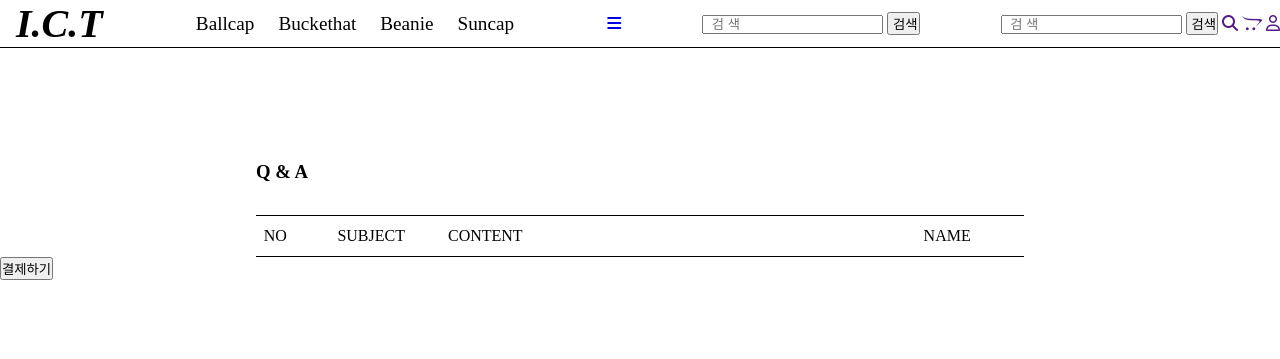
Repository: Developer120000/project1
Page: http://localhost/project1/productpage/q_a.jsp
The author's editor kept a copy of each file at every save. The page is drawn from the files as they stood at one save, then again after the next save.
The browser window is 1280 px wide. The pictures show the whole page.
Some web libraries are served in a nearby version. The page is served by Tomcat 9.

Above is the page before, as saved 2024-03-19 09:32:34.
Console error: SyntaxError: Identifier 'hamburger' has already been declared

### project1/src/main/webapp/productpage/q_a.jsp
<%@ page language="java" contentType="text/html; charset=UTF-8"
    pageEncoding="UTF-8"%>
<!DOCTYPE html>
<html>
<head>
<meta charset="UTF-8">
<meta name="viewport" content="width=device-width, initial-scale=1">
<title>payment</title>
<%@ include file="header.jsp" %>
<link rel="stylesheet" href="../css/header.css">
<script src="../js/header.js" defer></script>
<link rel="stylesheet" href="../css/q_a.css">
</head>
<body>
	<div class="qcontainer">
		<div class="qwrapper">
			<h3 class="qtitle">Q & A</h3>
			<ul class="qau">
				<li class="qal q1">NO</li>
				<li class="qal q1">SUBJECT</li>
				<li class="qal">CONTENT</li>
				<li class="qal q1">NAME</li>
			</ul>
		</div>
		<p class="ppay">
			<input type="submit" class="ppay1" value="결제하기">
		</p>
	</div>
</body>
</html>

### project1/src/main/webapp/productpage/header.jsp
<%@ page language="java" contentType="text/html; charset=UTF-8"
    pageEncoding="UTF-8"%>
<!DOCTYPE html>
<html>
<head>
<meta charset="UTF-8">
<meta name="viewport" content="width=device-width, initial-scale=1.0">
<title>I.C.T</title>
<script src="https://kit.fontawesome.com/80123590ac.js" crossorigin="anonymous"></script>
<link rel="stylesheet" href="../css/header.css">
<script src="../js/header.js" defer></script>
<!-- <script defer src="js 파일 위치"></script> -->
</head>
<body>
	<header id="header">
		<div class="wrapper">
			<p class="title">
				<a href="">I.C.T</a>
			</p>
			<ul class="category">
				<li><a href="">Ballcap</a></li>
				<li><a href="">Buckethat</a></li>
				<li><a href="">Beanie</a></li>
				<li><a href="">Suncap</a></li>
			</ul>
			<a href="#" class="hamburger">
				<i class="fa-solid fa-bars"></i>
			</a>
			<form class="item2" onsubmit="return false">
				<input type="text" class="searchbar2" type="text" placeholder="&nbsp;&nbsp;검 색">
				<button class="res2">&nbsp;검색</button>
			</form>
			<form class="item" onsubmit="return false">
				<input type="text" class="searchbar1" type="text" placeholder="&nbsp;&nbsp;검 색">
				<button class="res1">&nbsp;검색</button>
				<a href="" class="b1 a1"><i class="fa-solid fa-magnifying-glass"></i></a>
				<a href="" class="b2 a1"><i class="fa-brands fa-opencart"></i></a>
<!-- 				<i class="fa-solid fa-cart-shopping"></i> -->
				<a href="" class="b3 a1"><i class="fa-regular fa-user"></i></a>
			</form>
		</div>
	</header>

</body>
</html>

### project1/src/main/webapp/css/header.css
@charset "UTF-8";
*{margin: 0px; }
#header{

/* 	height: 4.06rem; */
}
.wrapper{
	width: 100%;
	position: fixed;
	display: flex;
	justify-content: space-between;
	align-items: center;
	background-color: white;
	border-bottom: 1px solid black;
	z-index: 5;
}
.title a{
	text-decoration: none;
	font-size: 2.5rem;
	font-weight: bold;
	margin-left: 1rem;
	color: black;
	font-style: italic;
	display: inline-block;
}
.category{
	display: flex;
/* 	margin-right: 50%; */
	list-style: none;
}
.category li{
	padding: 8px 12px;
}
li a{
/* 	margin-right: 1.0rem; */
	font-size: 1.2rem;
	text-decoration: none;
}
li a:visited {color: black;}
li a:hover {text-decoration: underline;}

.search{
	display: flex;
	padding-left: 0;

/* 	width: 60%; */
/* 	text-align: right; */
}
.searchbar{
/* 	width: 30%; */
/* 	margin-right: 5px;  */
	padding: 5px;
}
.a1{
/* 	margin-right: 10%; */
}
.icon{display: none;}


@media screen and (max-width:600px){
	.wrapper{
		flex-direction: column;
		align-items: flex-start;
		padding: 8px 24px;
	}
	.category{
		display: none;
		flex-direction: column;
		align-items: center;
		width: 100%;
	}
	.category li a{
		width: 100%;
		text-align: center;
	}
	.search{
		display: none;
		justify-content: center;
		width: 100%;
	}
	.icon{
		display: block;
	}
}

@media screen and (max-width:1138px){


}


@media screen and (max-width:800px){


}

/* 1015px 이하 - suncap 사라짐 */
@media screen and (max-width:590px){

	.header_second #s4{display: none;}
}

### project1/src/main/webapp/css/q_a.css
@charset "UTF-8";
*{margin: 0px; padding: 0px; box-sizing: border-box;}

.qcontainer{
	padding-top: 4.06rem;
	width: 100%;
}
.qwrapper{
	display: flex;
	justify-content: center;
	flex-direction: column;
	align-items: center;
	width: 100%;
}
.qau{
	width: 60%;
	display: grid;
	grid-template-columns: 5% 20% 55% 20%;
	list-style: none;
/* 	border-top: 1px solid black; */
	border-bottom: 1px solid black;
	padding: 0.7rem 0;

}
.qtitle{
	width: 60%;
	margin-top: 6rem;
	padding-bottom: 2rem;
	border-bottom: 1px solid black;
}
.q1{
	text-align: center;
}
.qwrite{
	width: 80%;
	height: 1.9rem;
	display: flex;
    justify-content: flex-end;
    margin: 2rem 0;
}
.qwrite1{
	min-width: 8rem;
	height: 100%;
	background-color: black;
	color: white;
	border: none;
	cursor: pointer;
}

### project1/src/main/webapp/js/header.js
const hamburger = document.querySelector('.hamburger');
const category = document.querySelector('.category');

hamburger.addEventListener('click', () => {
    category.classList.toggle('active');
})

document.addEventListener('click', (e) => {
    if (!category.contains(e.target) && !hamburger.contains(e.target)) {
        category.classList.remove('active');
    }
})


const b1 = document.querySelector('.b1');
const searchbar2 = document.querySelector('.searchbar2');
const res2 = document.querySelector('.res2');

b1.addEventListener('click', (e) => {
	e.preventDefault();
//	e.stopPropagation();
    searchbar2.classList.toggle('active');
    res2.classList.toggle('active');
})

document.addEventListener('click', (e) => {
    if (!searchbar2.contains(e.target) && !res2.contains(e.target) && !b1.contains(e.target)) {
        searchbar2.classList.remove('active');
    }
})

document.addEventListener('click', (e) => {
    if (!res2.contains(e.target) && !searchbar2.contains(e.target) && !b1.contains(e.target)) {
        res2.classList.remove('active');
    }
})


//const b2 = document.querySelector('.b2');
//const b3 = document.querySelector('.b3');
//
//hamburger.addEventListener('click', () => {
//    b2.classList.toggle('active');
//    b3.classList.toggle('active');
//})
//
//document.addEventListener('click', (e) => {
//    if (!hamburger.contains(e.target) && !b2.contains(e.target) && !b3.contains(e.target) && !category.contains(e.target)) {
//		category.classList.remove('active');
//        b2.classList.toggle('active');
//    	b3.classList.toggle('active');
//    }
//})

After the next save:
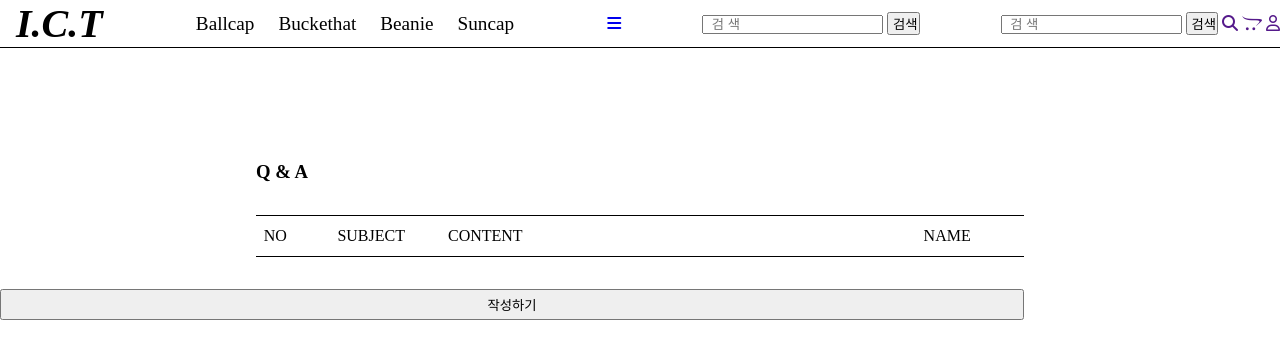
Saved 66 s later.
--- a/project1/src/main/webapp/productpage/q_a.jsp
+++ b/project1/src/main/webapp/productpage/q_a.jsp
@@ -23,7 +23,7 @@
 			</ul>
 		</div>
 		<p class="ppay">
-			<input type="submit" class="ppay1" value="결제하기">
+			<input type="submit" class="qwrite" value="작성하기">
 		</p>
 	</div>
 </body>
